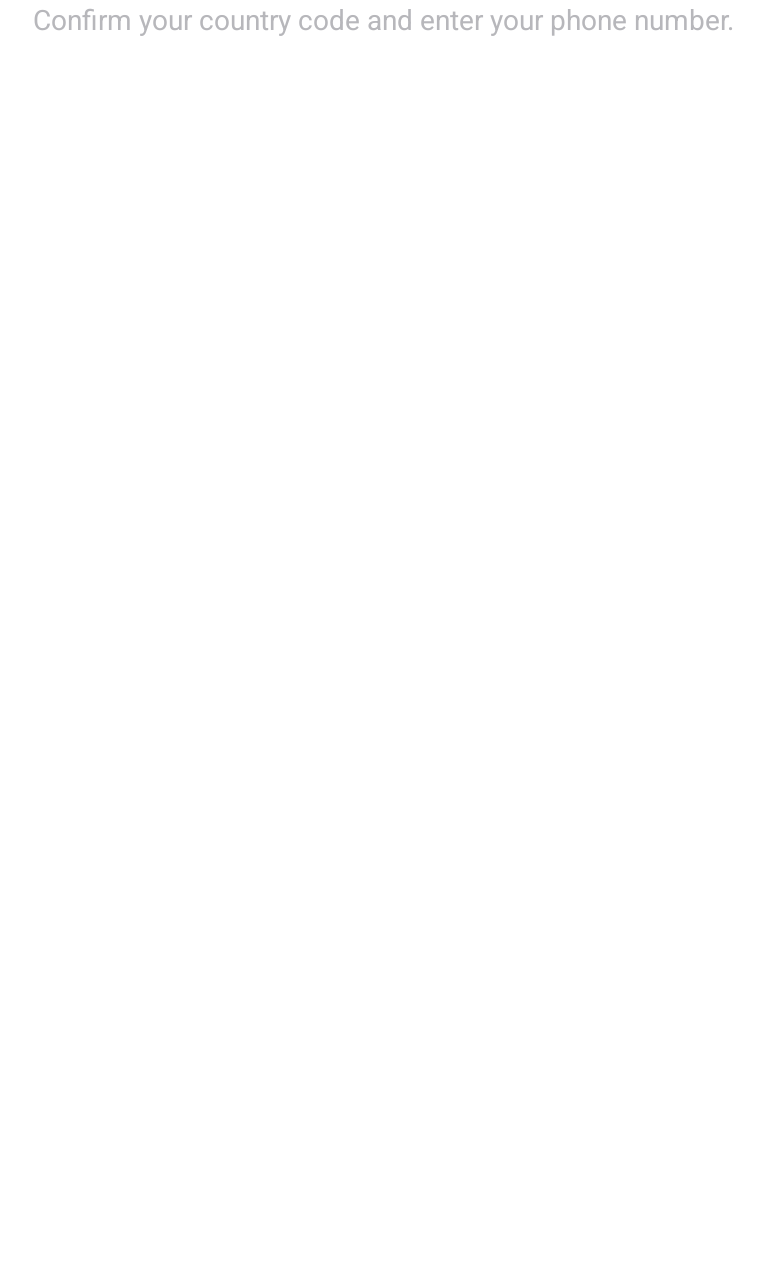
Repository: amit21sharma/Disturb
Layout: Disturb/res/layout/activity_main.xml
An editor plug-in stored every save of this project. The layout is shown before and after the next save, followed by the edit.
It is drawn on a 768 x 1280 px phone screen (xhdpi) without system bars, with theme AppTheme; the app's code is not run.

Above is the layout before, as saved 2013-09-05 10:12:55.

After the next save:
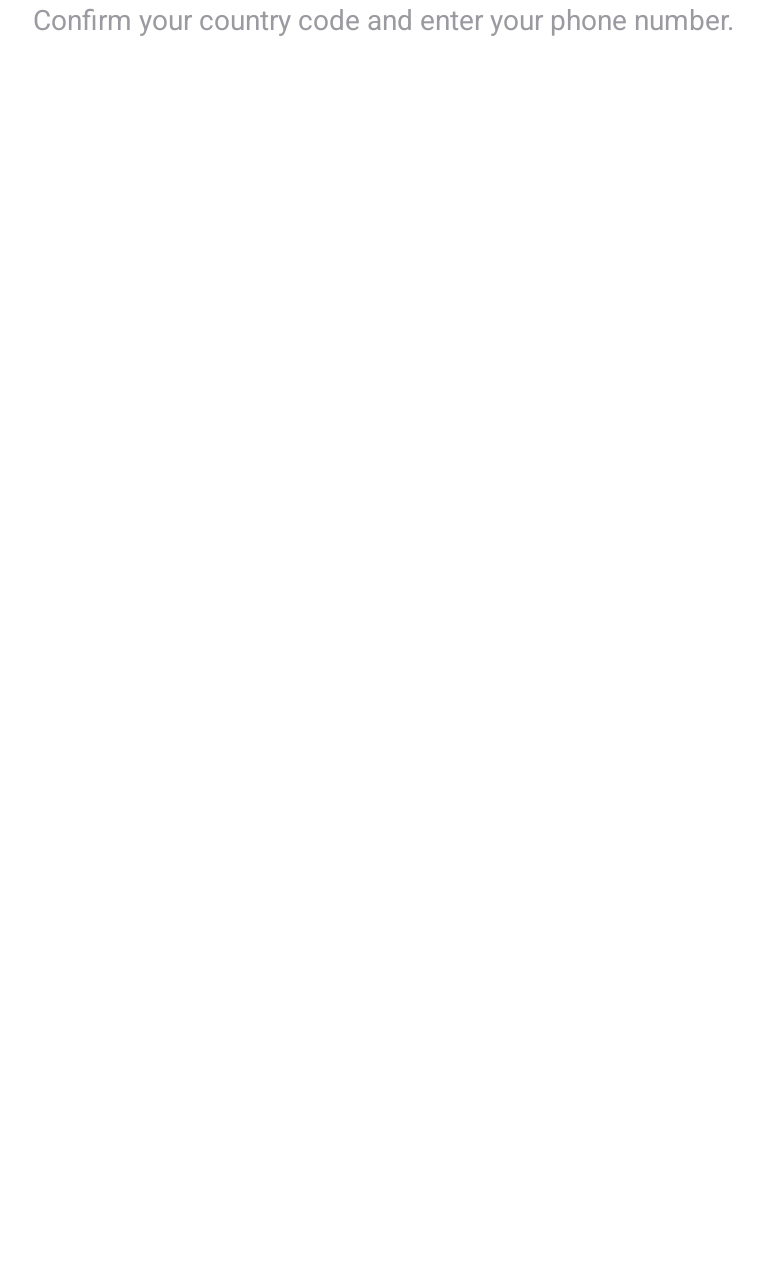
Saved 39 s later.
--- a/Disturb/res/layout/activity_main.xml
+++ b/Disturb/res/layout/activity_main.xml
@@ -11,7 +11,7 @@
         android:layout_height="wrap_content"
         android:text="@string/registration"
         android:gravity="center"
-        android:textColor="#b7b7bb"/>
+        android:textColor="#9a9aa0"/>
 
 
 
